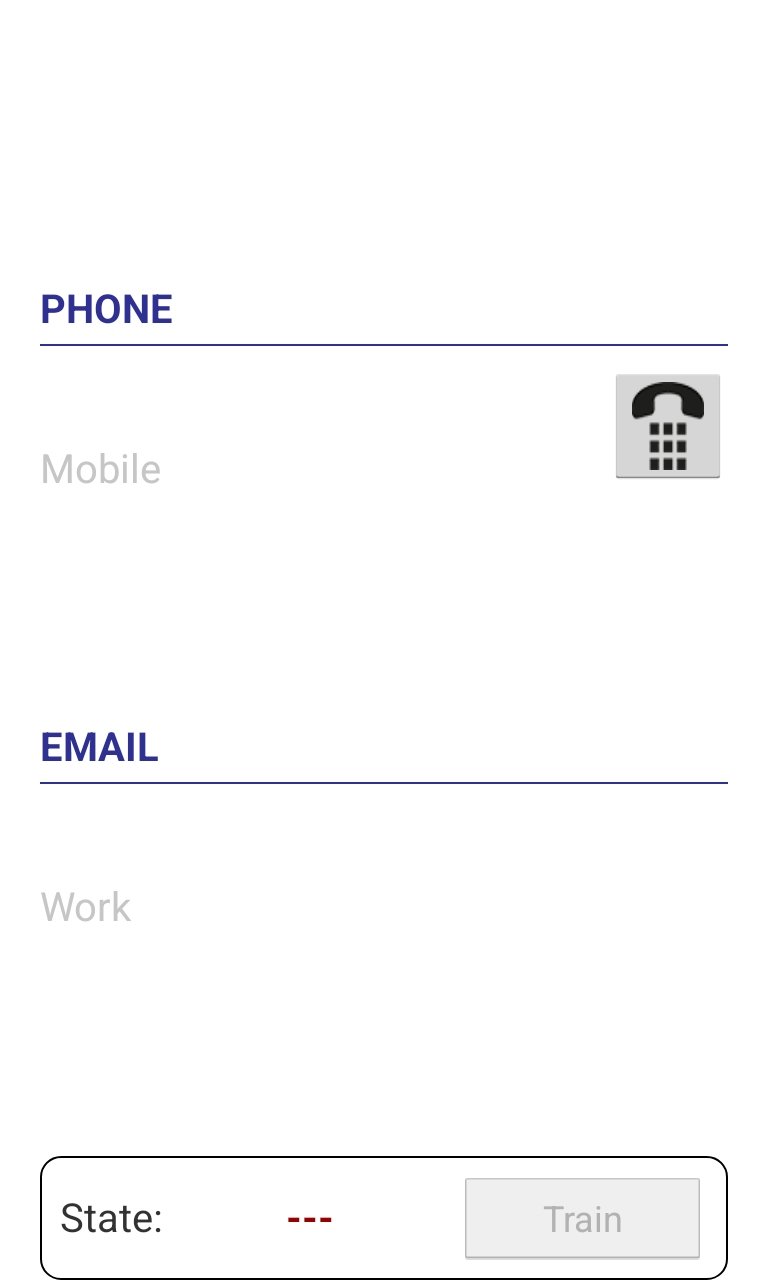
Repository: GitDidNotExitCleanly/FaceLabel
Layout: FaceLabel/res/layout/fragment_member_display.xml
These files come from the project's save history. The layout is drawn as it stood at one moment and after the next save; the edit follows.
It is drawn on a 768 x 1280 px phone screen (xhdpi) without system bars, with theme AppTheme; the app's code is not run.

Above is the layout before, as saved 2015-05-12 17:16:39.

### FaceLabel/res/layout/fragment_member_display.xml
<LinearLayout xmlns:android="http://schemas.android.com/apk/res/android"
    xmlns:tools="http://schemas.android.com/tools"
    android:layout_width="match_parent"
    android:layout_height="match_parent"
    android:gravity="center"
    android:orientation="vertical"
    android:paddingLeft="20dp"
    android:paddingRight="20dp"
    tools:context="com.facelabel.contacts.member.MemberDisplayFragment" >

    <LinearLayout
        android:layout_width="match_parent"
        android:layout_height="wrap_content"
        android:layout_marginBottom="20dp"
        android:layout_marginTop="20dp"
        android:gravity="center" >

        <ImageView
            android:id="@+id/activity_member_photo"
            android:layout_width="100dp"
            android:layout_height="100dp"
            android:scaleType="fitXY" />

        <TextView
            android:id="@+id/activity_member_name"
            android:layout_width="0dp"
            android:layout_height="wrap_content"
            android:paddingLeft="20dp"
            android:textSize="30sp"
            android:layout_weight="1"/>

    </LinearLayout>

    <LinearLayout
        android:layout_width="match_parent"
        android:layout_height="wrap_content"
        android:layout_weight="1"
        android:orientation="vertical" >

        <TextView
            android:layout_width="wrap_content"
            android:layout_height="wrap_content"
            android:text="PHONE"
            android:textStyle="bold"
            android:textColor="#2E3192"
            android:textSize="20sp" />

       	<View
			android:layout_width="fill_parent"
			android:layout_height="1dp"
			android:layout_marginTop="5dp"
			android:layout_marginBottom="10dp"
			android:background="#2E3192"/>

       	<LinearLayout
       	    android:layout_width="match_parent"
       	    android:layout_height="wrap_content"
       	    android:orientation="horizontal" >

       		<LinearLayout
       		    android:layout_width="match_parent"
       		    android:layout_height="wrap_content"
       		    android:layout_weight="1"
       		    android:orientation="vertical" >

       		    <TextView
       		        android:id="@+id/activity_member_phone"
       		        android:layout_width="wrap_content"
       		        android:layout_height="wrap_content"
       		        android:textSize="20sp" />

       		    <TextView
       		        android:layout_width="wrap_content"
       		        android:layout_height="wrap_content"
       		        android:layout_marginBottom="10dp"
       		        android:layout_marginTop="10dp"
       		        android:text="Mobile"
       		        android:textColor="#C6C6C6"
       		        android:textSize="20sp" />
       		</LinearLayout>

       		<ImageButton
       		    android:id="@+id/fragment_member_display_dial"
       		    android:layout_width="120dp"
       		    android:layout_height="60dp"
       		    android:scaleType="fitXY"
       		    android:layout_weight="1"
       		    android:src="@drawable/dial" />

       	</LinearLayout>

    </LinearLayout>

    <LinearLayout
        android:layout_width="match_parent"
        android:layout_height="wrap_content"
        android:layout_weight="1"
        android:orientation="vertical" >

        <TextView
            android:layout_width="wrap_content"
            android:layout_height="wrap_content"
            android:text="EMAIL"
            android:textStyle="bold"
            android:textColor="#2E3192"
            android:textSize="20sp" />

        <View
			android:layout_width="fill_parent"
			android:layout_height="1dp"
			android:layout_marginTop="5dp"
			android:layout_marginBottom="10dp"
			android:background="#2E3192"/>

       	<LinearLayout
            android:layout_width="match_parent"
            android:layout_height="wrap_content"
            android:orientation="vertical" >

            <TextView
				android:id="@+id/activity_member_email"
                android:layout_width="wrap_content"
                android:layout_height="wrap_content"
                android:textSize="20sp" />

            <TextView
                android:layout_width="wrap_content"
                android:layout_height="wrap_content"
                android:layout_marginTop="10dp"
                android:layout_marginBottom="10dp"
                android:textColor="#C6C6C6"
                android:text="Work"
                android:textSize="20sp" />

        </LinearLayout>

    </LinearLayout>

    <LinearLayout
        android:layout_width="match_parent"
        android:layout_height="wrap_content"
        android:paddingLeft="10dp"
        android:paddingRight="10dp"
        android:background="@drawable/group_list_background" >

        <TextView
            android:layout_width="wrap_content"
            android:layout_height="wrap_content"
            android:layout_weight="1"
            android:textSize="20sp"
            android:text="State:" />

        <TextView
            android:id="@+id/activity_member_state"
            android:layout_width="wrap_content"
            android:layout_height="wrap_content"
            android:layout_weight="1"
            android:textSize="20sp"
            android:textColor="#970102"
            android:textStyle="bold"
            android:text="---" />

        <Button
            android:id="@+id/activity_member_train"
            android:layout_width="wrap_content"
            android:layout_height="wrap_content"
            android:layout_weight="1"
            android:enabled="false"
            android:text="Train" />

    </LinearLayout>

</LinearLayout>

### FaceLabel/res/values/styles.xml
<resources>

    <!--
        Base application theme, dependent on API level. This theme is replaced
        by AppBaseTheme from res/values-vXX/styles.xml on newer devices.
    -->
    <style name="AppBaseTheme" parent="android:Theme.Light">
        <!--
            Theme customizations available in newer API levels can go in
            res/values-vXX/styles.xml, while customizations related to
            backward-compatibility can go here.
        -->
    </style>

    <!-- Application theme. -->
    <style name="AppTheme" parent="AppBaseTheme">
        <!-- All customizations that are NOT specific to a particular API-level can go here. -->
    </style>

    <style name="PopupMenuAnimation" parent="android:Animation">
        <item name="android:windowEnterAnimation">@anim/slide_up_dialog</item>
        <item name="android:windowExitAnimation">@anim/slide_out_down</item>
	</style>

</resources>

### FaceLabel/res/drawable-mdpi/group_list_background.xml
<?xml version="1.0" encoding="utf-8"?>
<shape xmlns:android="http://schemas.android.com/apk/res/android"
    android:shape="rectangle">
    <solid android:color="#ff0000ff"/>
    <stroke android:width="1dp" android:color="#000000" />
    <gradient
        android:startColor="#FFFFFF"
        android:endColor="#FFFFFF"/>
    <padding android:left="7dp"
        android:top="7dp"
        android:right="7dp"
        android:bottom="7dp" />
    <corners android:radius="10dp" />
</shape>

Loaded but not shown: FaceLabel/res/values-v11/styles.xml (common file); FaceLabel/res/values-v14/styles.xml (common file)

After the next save:
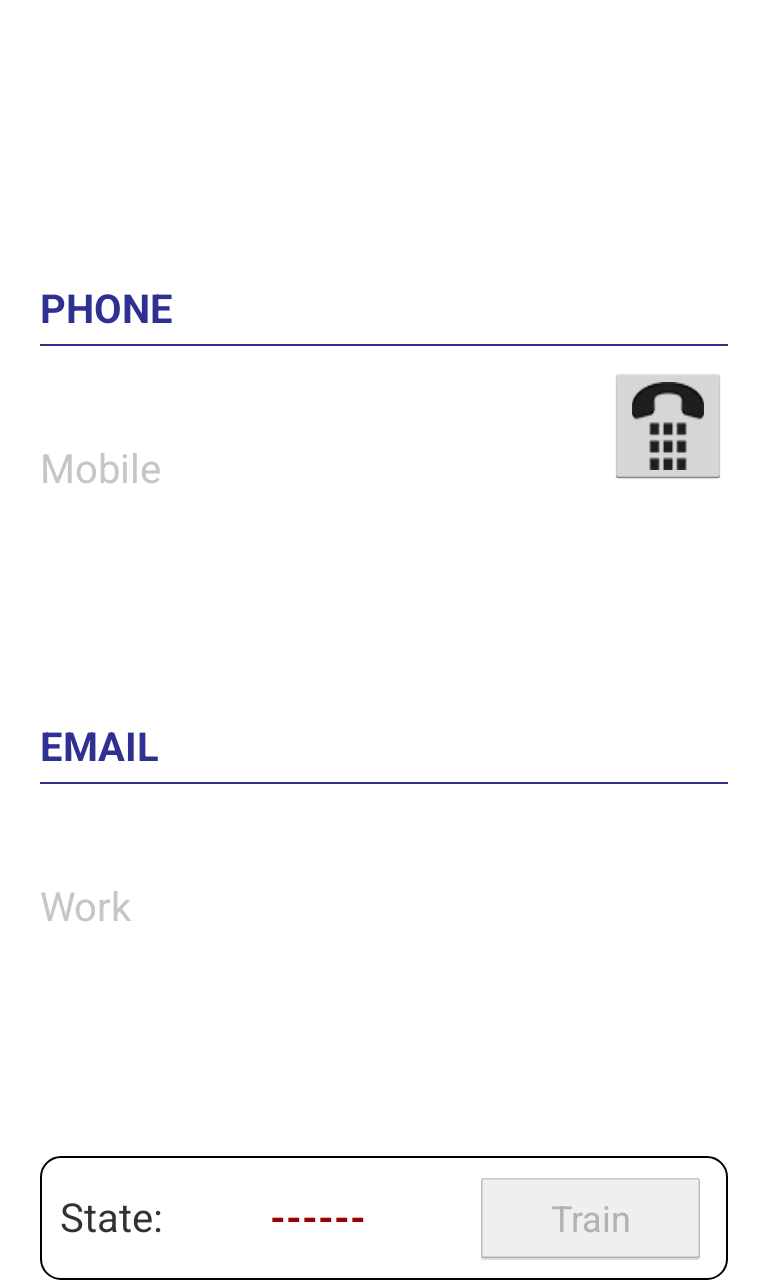
Saved 8 s later.
--- a/FaceLabel/res/layout/fragment_member_display.xml
+++ b/FaceLabel/res/layout/fragment_member_display.xml
@@ -158,7 +158,7 @@
             android:textSize="20sp"
             android:textColor="#970102"
             android:textStyle="bold"
-            android:text="---" />
+            android:text="------" />
 
         <Button
             android:id="@+id/activity_member_train"
